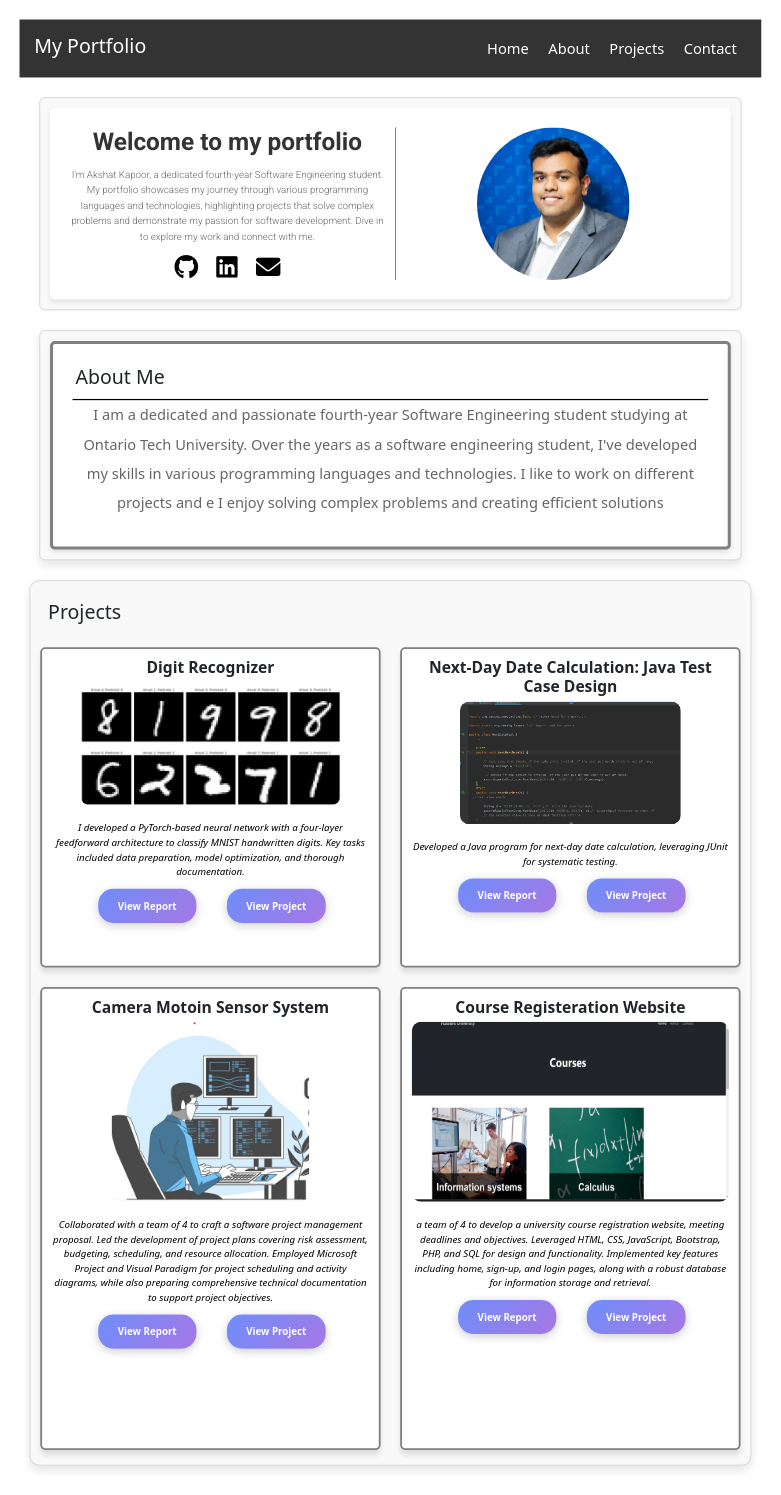
Repository: AkshatKapo/My-Portfolio
Page: /
An editor plug-in stored every save of this project. The page is shown before and after the next save, followed by the edit.
The browser window is 1280 px wide. The pictures show the whole page, at 61% of full size.
The project was rebuilt for these pictures with package versions that can differ from the ones it lists, and the page was loaded fresh each time. Also part of the build but not shown: vite.config.js, src/components/Experiece/Experience.css, src/components/Experiece/Experience.jsx, src/components/project/project.jsx, src/index.css.

Above is the page before, as saved 2024-06-13 11:58:41.

After the next save:
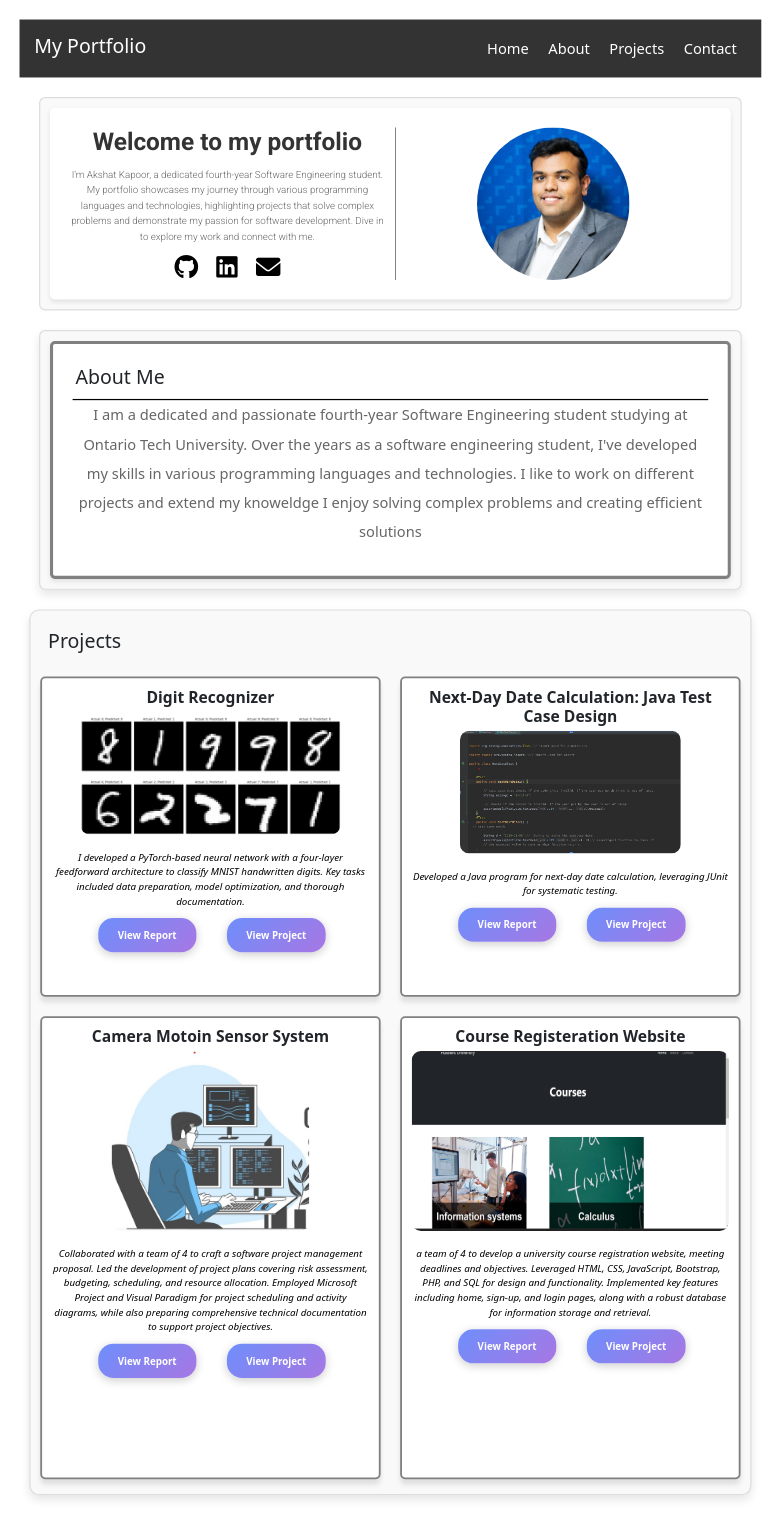
Saved 5 s later.
--- a/src/components/About/About.jsx
+++ b/src/components/About/About.jsx
@@ -10,7 +10,7 @@ function About() {
 
 
        </div>
-       <p>I am a dedicated and passionate fourth-year Software Engineering student studying at Ontario Tech University. Over the years as a software engineering student, I've developed my skills in various programming languages and technologies. I like to work on different projects and e I enjoy solving complex problems and creating efficient solutions </p>
+       <p>I am a dedicated and passionate fourth-year Software Engineering student studying at Ontario Tech University. Over the years as a software engineering student, I've developed my skills in various programming languages and technologies. I like to work on different projects and extend my knoweldge  I enjoy solving complex problems and creating efficient solutions </p>
       </div>
     </section>
   );
